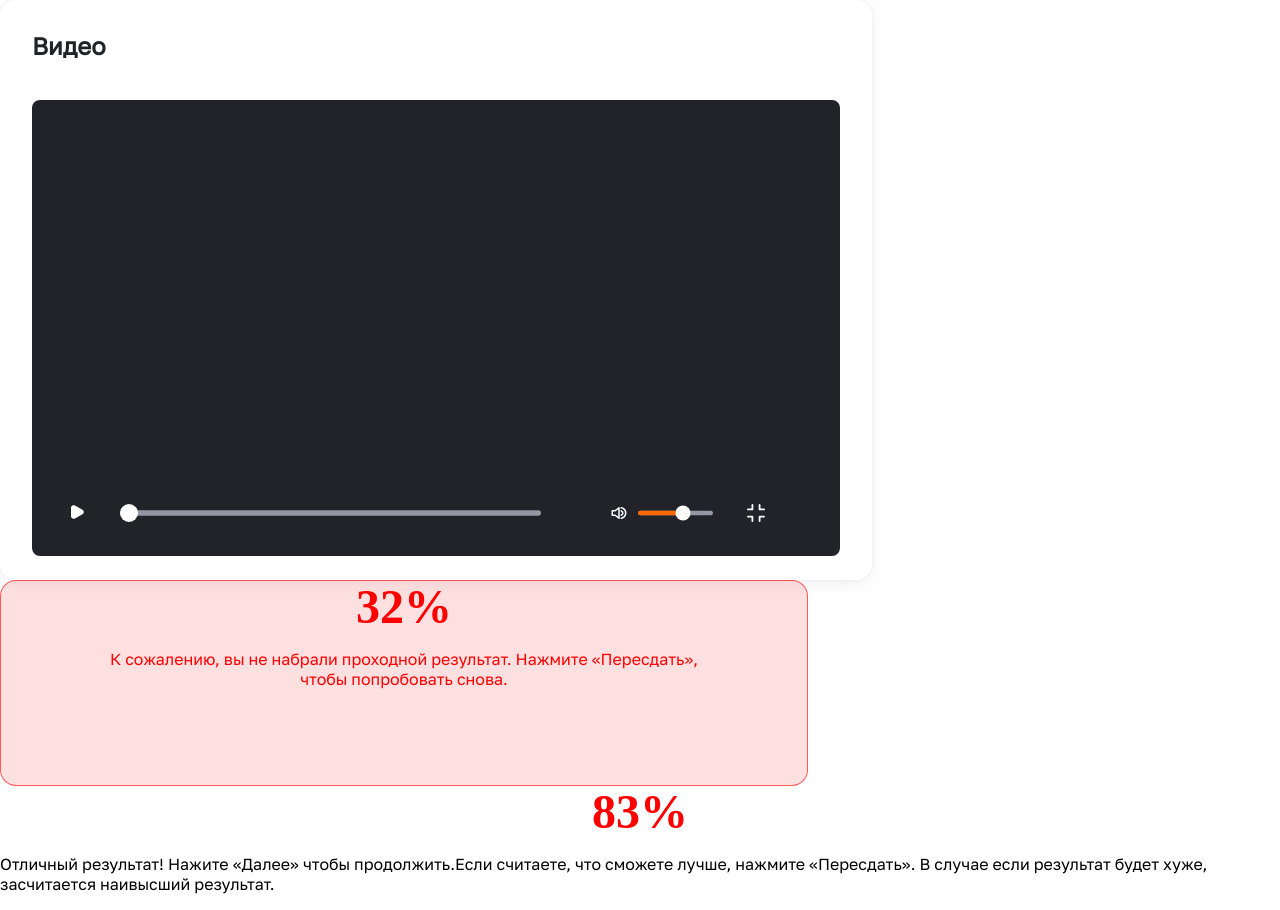
Repository: RuslanSR2424/Group5_LizaAlert
Page: index.html
These files come from the project's save history. The page is drawn as it stood at one moment and after the next save; the edit follows.
The browser window is 1280 px wide. The pictures show the whole page.

Above is the page before, as saved 2022-03-09 17:07:30.

### index.html
<!DOCTYPE html>
<html lang="en">

<head>
    <meta charset="UTF-8">
    <meta http-equiv="X-UA-Compatible" content="IE=edge">
    <meta name="viewport" content="width=device-width, initial-scale=1.0">
    <link rel="stylesheet" href="./pages/index.css" />
    <title>Document</title>
</head>

<body class="root">
    <section class="video">
        <h2 class="video__title">
            Видео
        </h2>
        <div class="video__player">
            <img class="video__button video__button_type_play" src="./images/video/start.svg">
            <img class="video__button video__button_type_timeline" src="./images/video/timeline.svg">
            <img class="video__button video__button_type_sound-icon" src="./images/video/sound-icon.svg">
            <img class="video__button video__button_type_sound" src="./images/video/sound.svg">
            <img class="video__button video__button_type_size" src="./images/video/size.svg">
        </div>
    </section>
    <section class="results">
        <div class="results__bad">
            <h2 class="results__score">32%</h2>
            <p class="result__text result__text_type_bad">К сожалению, вы не набрали проходной результат.
                Нажмите «Пересдать», чтобы попробовать снова.</p>
        </div>
        <div class="results__good">
            <h2 class="results__score">83%</h2>
            <p class="result__text result__text_type_good">Отличный результат!
                Нажите «Далее» чтобы продолжить.Если считаете, что сможете лучше, нажмите «Пересдать». В случае если результат будет хуже, засчитается наивысший результат.</p>
        </div>
    </section>
</body>

</html>

### pages/index.css
@import url(../fonts/fonts.css);
@import url(../blocks/root/root.css);

/* video */

@import url(../blocks/video/video.css);
@import url(../blocks/video/__button/video__button.css);
@import url(../blocks/video/__button/_type/video__button_type_play.css);
@import url(../blocks/video/__button/_type/video__button_type_sound.css);
@import url(../blocks/video/__button/_type/video__button_type_timeline.css);
@import url(../blocks/video/__button/_type/video__button_type_size.css);
@import url(../blocks/video/__button/_type/video__button_type_sound-icon.css);
@import url(../blocks/video/__player/video__player.css);
@import url(../blocks/video/__title/video__title.css);

/* results */

@import url(../blocks/results/results.css);
@import url(../blocks/results/__bad/results__bad.css);
@import url(../blocks/results/__good/results__good.css);
@import url(../blocks/results/__score/results__score.css);
@import url(../blocks/results/__text/results__text.css);
@import url(../blocks/results/__text/_type/result__text_type_bad.css);
@import url(../blocks/results/__text/_type/result__text_type_good.css);

### fonts/fonts.css
@font-face {
  font-family: "GolosTextWebRegular";
  src: url(./golos/Golos-Text_Regular.woff2) format("woff2"),
    url(./golos/Golos-Text_Regular.woff) format("woff");
  font-weight: normal;
  font-style: normal;
}
@font-face {
  font-family: "GolosTextWebBold";
  src: url(./golos/Golos-Text_Bold.woff2) format("woff2"),
    url(./golos/Golos-Text_Bold.woff) format("woff");
  font-weight: normal;
  font-style: normal;
}

### blocks/root/root.css
.root {
  margin: 0;
  padding: 0;
  font-family: "GolosTextWebRegular";
}

### blocks/video/video.css
.video {
  height: 580px;
  width: 872px;
  display: flex;
  flex-direction: column;
  background: #ffffff;
  box-shadow: 0px 0px 4px rgba(231, 232, 235, 0.6),
    0px 4px 16px rgba(231, 232, 235, 0.6);
  border-radius: 16px;
}

### blocks/video/__button/video__button.css
.video__button{
    height: 18px;
}

### blocks/video/__button/_type/video__button_type_play.css
.video__button_type_play {
    margin: 0 0 35px 36px;
}

### blocks/video/__button/_type/video__button_type_sound.css
.video__button_type_sound{
    margin: 0 0 34px 10px;
}

### blocks/video/__button/_type/video__button_type_timeline.css
.video__button_type_timeline{
    margin: 0 35px 34px 34px;
}

### blocks/video/__button/_type/video__button_type_size.css
.video__button_type_size{
    margin: 0 34px 34px 34px;
}

### blocks/video/__button/_type/video__button_type_sound-icon.css
.video__button_type_sound-icon{
    margin: 0 0 34px 34px;
}

### blocks/video/__player/video__player.css
.video__player {
  height: 456px;
  width: 808px;
  background-color: #212329;
  display: flex;
  flex-direction: row;
  align-items: flex-end;
  border-radius: 8px;
  margin: auto;
}

### blocks/video/__title/video__title.css
.video__title {
  font-family: "GolosTextWebRegular";
  font-style: normal;
  font-weight: 700;
  font-size: 24px;
  line-height: 28px;
  color: #212329;
  margin: 32px 32px 16px 32px;
}

### blocks/results/results.css
.results{}

### blocks/results/__bad/results__bad.css
.results__bad {
  display: flex;
  flex-direction: column;
  align-items: center;

  width: 808px;
  height: 206px;

  background: rgba(255, 0, 0, 0.12);
  border: 1.2px solid rgba(255, 0, 0, 0.6);
  box-sizing: border-box;
  border-radius: 16px;
}

### blocks/results/__good/results__good.css
.results__good{

}

### blocks/results/__score/results__score.css
.results__score {
  font-family: "Golos";
  font-style: normal;
  font-weight: bold;
  font-size: 48px;
  line-height: 52px;
  text-align: center;
  margin: 0;

  color: #FF0000;
}

### blocks/results/__text/results__text.css
.results__text {
  font-family: "GolosTextWebRegular";
  font-style: normal;
  font-weight: normal;
  font-size: 18px;
  line-height: 24px;
  text-align: center;
}

### blocks/results/__text/_type/result__text_type_bad.css
.result__text_type_bad {
  color: #ff0000;
  width: 680px;
  min-height: 66px;
  text-align: center;
}

### blocks/results/__text/_type/result__text_type_good.css
.result__text_type_good{}

After the next save:
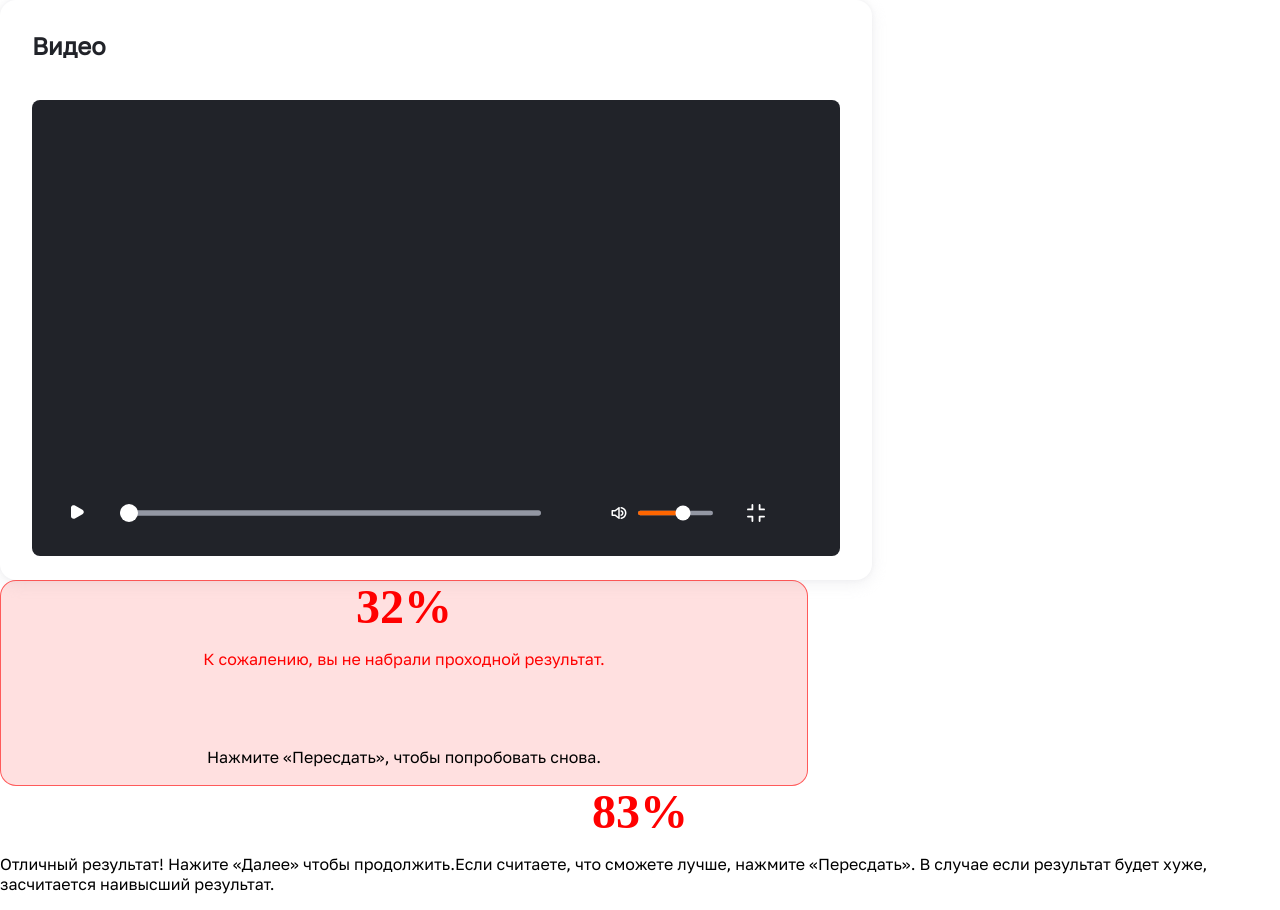
Saved 48 s later.
--- a/index.html
+++ b/index.html
@@ -25,8 +25,8 @@
     <section class="results">
         <div class="results__bad">
             <h2 class="results__score">32%</h2>
-            <p class="result__text result__text_type_bad">К сожалению, вы не набрали проходной результат.
-                Нажмите «Пересдать», чтобы попробовать снова.</p>
+            <p class="result__text result__text_type_bad">К сожалению, вы не набрали проходной результат.</p>
+            <p    >Нажмите «Пересдать», чтобы попробовать снова.</p>
         </div>
         <div class="results__good">
             <h2 class="results__score">83%</h2>
